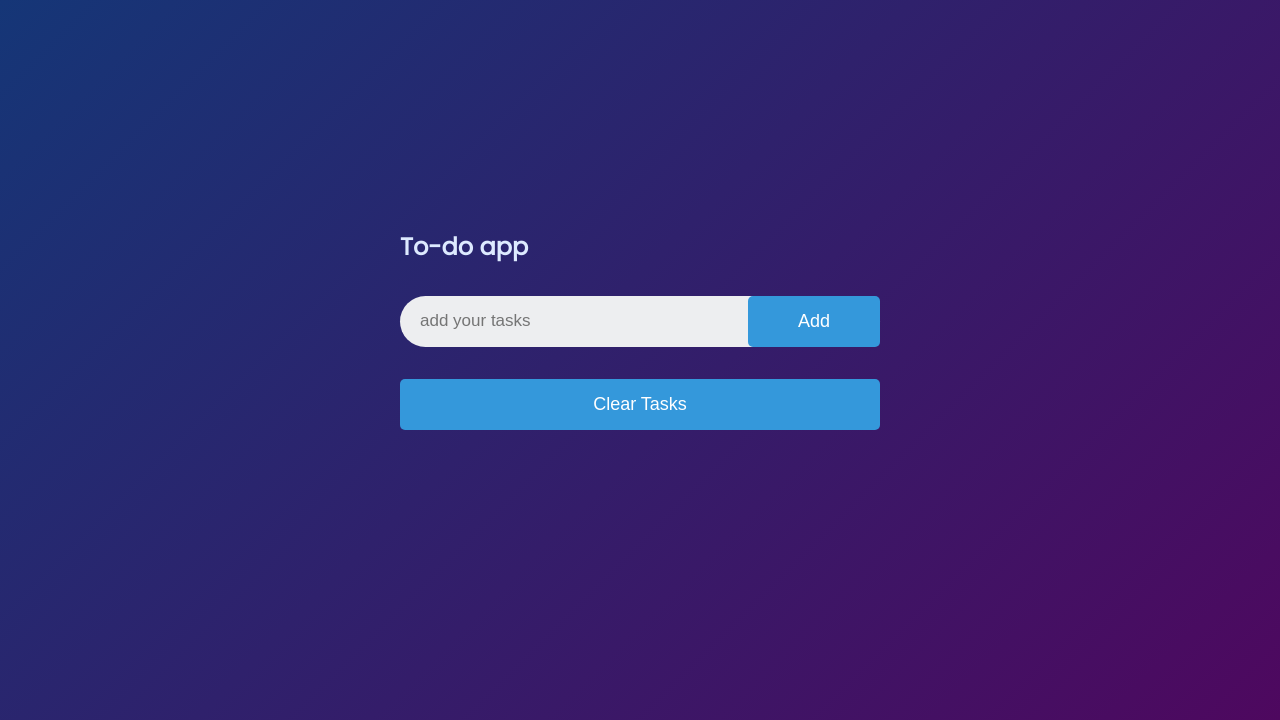
Repository: samoshi/To-do
Page: http://localhost/
An editor plug-in stored every save of this project. The page is shown before and after the next save, followed by the edit.
The browser window is 1280 px wide. The pictures show the whole page.
The page is served by the project's application, run on Flask 3 (app/app.py). Queries for data that is not in the repository find no rows.

Above is the page before, as saved 2024-01-14 21:39:09.

### app/templates/index.html
<!DOCTYPE html>
<html lang="en">

<head>
    <meta charset="UTF-8">
    <meta name="viewport" content="width=device-width, initial-scale=1.0">
    <title>To-Do list</title>
    <link rel="stylesheet" href="{{ url_for('static', filename='style.css') }}" />
    <script src="https://code.jquery.com/jquery-3.6.4.min.js"></script>
    <script src="{{ url_for('static', filename='script.js') }}"></script>
</head>

<body>
    <div class="container">
        <div class="todo-app">
            <div class="app-title">
                <h2>To-do app</h2>
                <i class="fa-solid fa-book-bookmark"></i>
            </div>
            <form action="/add_task" method="post">
                <div class="row">
                    <input type="text" name="title" id="input-box" placeholder="add your tasks" required>
                    <button class="add_button">Add</button>
                </div>
            </form>
            <button class="clear_button" onclick="clearTasks()">Clear Tasks</button>
            <ul id="list-container">
                {% for task in task_list %}
                    {% if task.complete == False %}
                            <li class="incomplete" onclick="toggleChecked(this)">
                                <a href="/complete/{{ task.id }}">{{ task.title }}</a>
                            </li>
                    {% else %}
                            <li class="complete" onclick="toggleChecked(this)">
                                <a href="/complete/{{ task.id }}">{{ task.title }}</a>
                            </li>
                        <!-- <a class="remove-task" href="/remove/{{ task.id }}">X</a> -->
                    {% endif %}
                {% endfor %}
            </ul>

        </div>
    </div>
    <script src="{{ url_for('static', filename='script.js') }}"></script>
</body>

</html>

### app/app.py
from flask import Flask, render_template, request, redirect, url_for, jsonify
from flask_sqlalchemy import SQLAlchemy

app = Flask(__name__)

app.config['SQLALCHEMY_DATABASE_URI'] = 'sqlite:///db.sqlite'
app.config['SQLALCHEMY_TRACK_MODIFICATIONS'] = False
db = SQLAlchemy(app)

class Task(db.Model):
    id = db.Column(db.Integer, primary_key=True)
    title = db.Column(db.String(100))
    complete = db.Column(db.Boolean)

# def save_tasks():
#     with open("tasks.json", "w") as file:
#         json.dump(tasks, file)


# # Load tasks from a file
# def load_tasks():
#     try:
#         with open("tasks.json", "r") as file:
#             lines = file.readlines()
#             tasks = []
#             for line in lines:
#                 parts = line.split(":")
#                 if len(parts) == 2:
#                     description, completed_str = parts
#                     completed = eval(completed_str)
#                     tasks.append({"description": description, "completed": completed})
#             return tasks
#     except FileNotFoundError:
#         return []  # Return an empty list if the file doesn't exist
#     except json.decoder.JSONDecodeError:
#         return []  # Return an empty list if there's an issue decoding JSON

# # Initialize tasks
# tasks = load_tasks()

@app.route('/')
def index():
    task_list = Task.query.all()
    return render_template('index.html', task_list=task_list)

@app.route('/add_task', methods=['POST'])
def add_task():
    title = request.form.get("title")
    new_task = Task(title=title, complete=False)
    db.session.add(new_task)
    db.session.commit()
    return redirect(url_for("index"))

@app.route("/update/<int:task_id>")
def update_task(task_id):
    task = Task.query.filter_by(id=task_id).first()
    task.complete = not task.complete
    db.session.commit()
    return redirect(url_for("index"))

@app.route('/complete/<int:task_id>')
def complete_task(task_id):
    task = Task.query.filter_by(id=task_id).first()
    if task:
        task.complete = not task.complete
        db.session.commit()
    return redirect(url_for('index'))

@app.route('/remove/<int:task_id>')
def remove_task(task_id):
    print("Remove task ()")
    task = Task.query.filter_by(id=task_id).first()
    print("Getting task", task_id)
    db.session.delete(task)
    print("deleted task")
    db.session.commit()
    return redirect(url_for('index'))

@app.route('/clear_tasks')
def clear_tasks():
    db.session.query(Task).delete()
    db.session.commit()
    return redirect(url_for('index'))


if __name__ == '__main__':
    db.create_all()
    app.run(host='0.0.0.0', port=5000, debug=True)

### app/static/style.css
@import url('https://fonts.googleapis.com/css2?family=Poppins&display=swap');


*, *:before, *:after{
    margin: 0;
    padding: 0;
    box-sizing: border-box;
}
body{
    font-family: 'Poppins', sans-serif;
}
.container{
    width: 100%;
    min-height: 100vh;
    background: linear-gradient(135deg, #153677, #4e085f);
    padding: 10px;
    display: flex;
    justify-content: center;
    align-items: center;
}
.todo-app{
    width: 100%;
    max-width: 540px;
    background: f5f5f5;
    padding: 40px 30px 70px;
    border-radius: 10px;
    display: flex;
    flex-direction: column;
    align-items: left;
    gap: 2rem;
}
.app-title{
    display: flex;
    gap: 1rem;
    align-items: center;
}
.app-title h2, .app-title i{
    color: #ddeaff;
}
.app-title i{
    font-size: 26px;
}

.row{
    display: flex;
    align-items: center;
    justify-content: space-between;
    background-color: #edeef0;
    border-radius: 30px;
}
input{
    width: 100%;
    border: none;
    outline: none;
    background-color: transparent;
    padding: 12px;
    font-size: 17px;
    padding-left: 20px;
}
button.clear_button, button.add_button{
    border: none;
    cursor: pointer;
    outline: none;
    padding: 15px 50px;
    border-radius: 5px;
    background-color: #3498db;
    color: #ffffff;
    font-size: 18px;
    transition: all .25s ease;
}
button:hover{
    filter: brightness(.8);
    background-color: #2980b9;
}

@media screen and (max-width: 400px) {
    button {
        padding: 15px;
        border-radius: 0 30px 30px 0;
    }
}

a,
a.remove-task {
    text-decoration: none;
    align-items: center;
    color: #333;
    cursor: pointer;
}

li {
    font-size: 17px;
    margin-top: 5px;
    position: relative;
    transition: background-color 0.2s ease;
    border-radius: 10px;
    list-style-type: none;
    outline: 2px solid #7289da;
}

li a {
    display: block;
    font-size: 17px;
    padding: 12px 8px 12px 50px;
    text-decoration: none;
    color: #ffffff;
    transition: color 0.2s ease;
}

li.incomplete {
    background-color: #2c2f33; /* Red background for incomplete */
}

li.complete {
    background-color: #23272a; /* Green background for complete */
}

li a:hover {
    /* Optional: Add styles for hover effect */
    background-color: #27ae60; /* Slightly darker green hover effect */
    color: #fff; /* White text on hover for better contrast */
}

li.incomplete a:hover {
    /* Optional: Add styles for hover effect */
    background-color: #7289da; /* Lighter green hover effect for complete */
    color: #fff; /* Black text on hover for better contrast */
}

li.complete a:hover {
    /* Optional: Add styles for hover effect */
    background-color: #30363d; /* Lighter green hover effect for complete */
    color: #fff; /* Black text on hover for better contrast */
}

ul li::before {
    position: absolute;
    content: '';
    width: 24px;
    height: 24px;
    font-size: 18px;
    border-radius: 50%;
    left: 0;
    top: 50%;
    transform: translateY(-50%);
    line-height: 24px;
    text-align: center;
    transition: background-color 0.2s ease;
    pointer-events: none;
}

ul li.incomplete::before {
    content: 'X';
    color: #ff5945;
}

ul li.complete::before {
    content: '\2713';
    color: #07700e;
}


button.remove {
    position: absolute;
    right: 0;
    transform: translateY(-50%);
    width: 30px;
    height: 30px;
    border-radius: 50%;
    color: #555;
    font-size: 18px;
    transition: all .2s ease;
}
button.remove:hover{
    background-color: #c9c9c9;
    color: #fff;
}

### app/static/script.js
// // ...

// document.addEventListener("DOMContentLoaded", function () {
//     const inputBox = document.getElementById("input-box");
//     const button = document.querySelector("button");
//     const list = document.getElementById("list-container");

//     list.addEventListener("click", (e) => {
//         if (e.target.tagName === "LI") {
//             e.target.classList.toggle("checked");
//             saveData();
//         } else if (e.target.tagName === "SPAN") {
//             e.target.parentElement.remove();
//             saveData();
//         }
//     });

//     button.addEventListener("click", function () {
//         if (inputBox.value.trim() !== '') {
//             addTask(inputBox.value);
//         } else {
//             alert("Please enter a non-empty task.");
//         }
//     });

//     function addTask(description) {
//         // Make an AJAX request to the Flask server's /add_task route
//         fetch("/add_task", {
//             method: "POST",
//             headers: {
//                 "Content-Type": "application/json",
//             },
//             body: JSON.stringify({ description: description }),
//         })
//             .then(response => response.json())
//             .then(data => console.log(data))
//             .catch(error => console.error("Error:", error));
//     }

//     function showTask() {
//         // Fetch tasks from the Flask server's /tasks route
//         fetch("/tasks")
//             .then(response => response.json())
//             .then(tasks => {
//                 list.innerHTML = ""; // Clear the visible list
//                 tasks.forEach(task => {
//                     let li = document.createElement("li");
//                     li.innerHTML = task.description;
//                     if (task.completed) {
//                         li.classList.add("checked");
//                     }
//                     list.appendChild(li);
//                     let span = document.createElement("span");
//                     span.innerHTML = "x";
//                     li.appendChild(span);
//                 });
//             })
//             .catch(error => console.error("Error:", error));
//     }

//     window.addEventListener("load", showTask);

//     // Clear Tasks function
//     window.clearTasks = function () {
//         localStorage.removeItem("data");
//         list.innerHTML = ""; // Clear the tasks from the visible list
//     };
// });

After the next save:
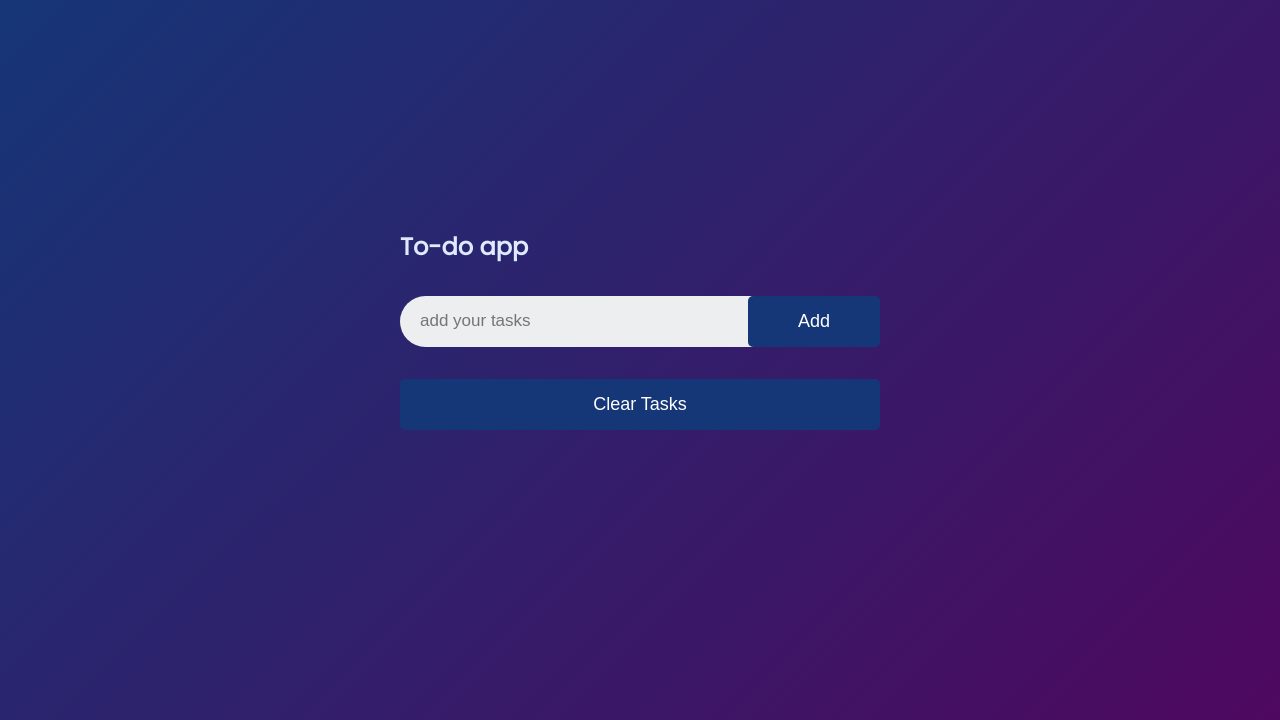
Saved 49 s later.
--- a/app/static/style.css
+++ b/app/static/style.css
@@ -63,7 +63,7 @@ button.clear_button, button.add_button{
     outline: none;
     padding: 15px 50px;
     border-radius: 5px;
-    background-color: #3498db;
+    background-color: #153677;
     color: #ffffff;
     font-size: 18px;
     transition: all .25s ease;
